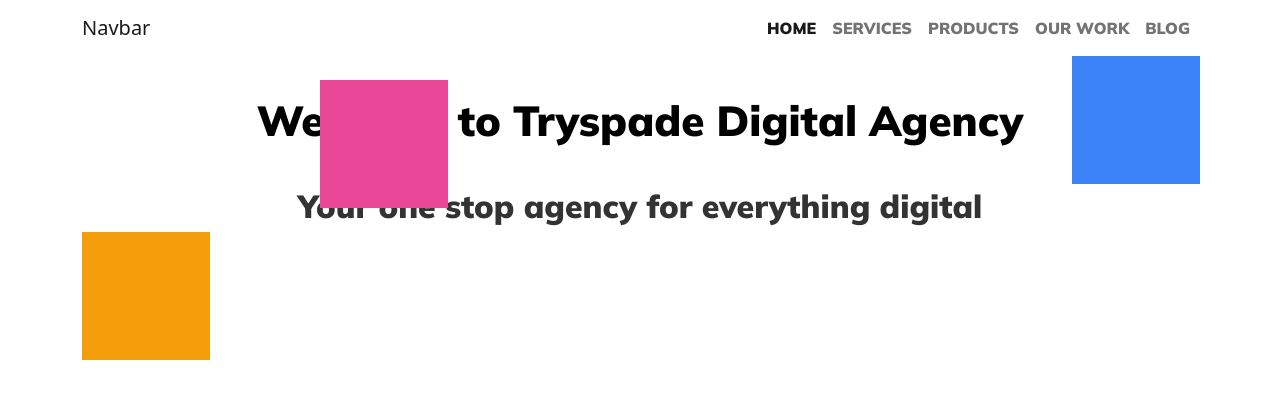
Repository: latenightsnacc/super-octo-fortnight
Page: index.html
The author's editor kept a copy of each file at every save. The page is drawn from the files as they stood at one save, then again after the next save.
The browser window is 1280 px wide. The pictures show the whole page.
Some web libraries are served in a nearby version. The style sheet was rebuilt from its Sass, Less or Tailwind sources for each picture, by a compiler version that may differ from the author's.

Above is the page before, as saved 2021-01-29 12:19:14.

### index.html
<!DOCTYPE html>
<html lang="en">
<head>
    <meta charset="UTF-8">
    <meta name="viewport" content="width=device-width, initial-scale=1.0">
    <!--Tailwind 2.0.2-->
    <link href="https://cdnjs.cloudflare.com/ajax/libs/tailwindcss/2.0.2/tailwind.min.css" rel="stylesheet">
    <!--Font Awesome 5.15.1-->
    <link rel="stylesheet" href="https://cdnjs.cloudflare.com/ajax/libs/font-awesome/5.15.1/css/all.min.css" integrity="sha512-+4zCK9k+qNFUR5X+cKL9EIR+ZOhtIloNl9GIKS57V1MyNsYpYcUrUeQc9vNfzsWfV28IaLL3i96P9sdNyeRssA==" crossorigin="anonymous" />
    <!-- Bootstrap 5.0.0 Beta-->
    <link href="https://cdn.jsdelivr.net/npm/bootstrap@5.0.0-beta1/dist/css/bootstrap.min.css" rel="stylesheet" integrity="sha384-giJF6kkoqNQ00vy+HMDP7azOuL0xtbfIcaT9wjKHr8RbDVddVHyTfAAsrekwKmP1" crossorigin="anonymous" />
    <!-- UIkit CSS -->
    <link rel="stylesheet" href="https://cdn.jsdelivr.net/npm/uikit@3.6.9/dist/css/uikit.min.css" />
    <link rel="apple-touch-icon" sizes="180x180" href="/apple-touch-icon.png">
    <link rel="icon" type="image/png" sizes="32x32" href="/favicon-32x32.png">
    <link rel="icon" type="image/png" sizes="16x16" href="/favicon-16x16.png">
    <link rel="manifest" href="/site.webmanifest">
    <!--Custom Stylesheet-->
    <link rel="stylesheet" href="stylesheet/stylesheet.css">
    <title>TrySpade - Digital Agency</title>
</head>
<body class="overflow-x-hidden min-h-screen" >
    <main class="w-full mx-auto">
        <header>
            <nav class="navbar navbar-expand-lg navbar-light bg-white">
                <div class="container">
                  <a class="navbar-brand" href="#">Navbar</a>
                  <button class="navbar-toggler" type="button" data-bs-toggle="collapse" data-bs-target="#navbarSupportedContent" aria-controls="navbarSupportedContent" aria-expanded="false" aria-label="Toggle navigation">
                    <span class="navbar-toggler-icon"></span>
                  </button>
                  <div class="collapse navbar-collapse" id="navbarSupportedContent">
                    <ul class="navbar-nav ml-auto mb-2 mb-lg-0">
                        <li class="nav-item">
                            <a class="nav-link active text-base uppercase" aria-current="page" href="#">Home</a>
                        </li>
                        <li class="nav-item">
                            <a class="nav-link text-base uppercase" href="#">services</a>
                        </li>
                        <li class="nav-item">
                            <a class="nav-link text-base uppercase" href="#">products</a>
                        </li>
                        <li class="nav-item">
                            <a class="nav-link text-base uppercase" href="#">our work</a>
                        </li>
                        <li class="nav-item">
                            <a class="nav-link text-base uppercase" href="#">blog</a>
                        </li>

                    </ul>
                  </div>
                </div>
            </nav>
        </header>
        <section id="banner" class="bg-white w-full">
            <div class="container">
                <div class="relative flex flex-col items-center h-auto"></div>

                    <!--BOXES-->
                    <div class="absolute bottom-50 left-50 ...">
                        <div class="border-2 border-yellow-500 bg-yellow-500 w-32 h-32"></div>
                    </div>
                    <div class="absolute bottom-70 right-20 ...">
                        <div class="border-2 border-blue-500 bg-blue-500 w-32 h-32"></div>
                    </div>
                    <div class="absolute top-20 left-80 ...">
                        <div class="border-2 border-pink-500 bg-pink-500 w-32 h-32"></div>
                    </div>
                    <h1 class="text-black text-center">Welcome to Tryspade Digital Agency</h1>
                    <h2 class="text-center">Your one stop agency for everything digital</h2>
            </div>
        </section>
        <!-- <svg xmlns="http://www.w3.org/2000/svg" viewBox="0 0 1440 320"><path fill="#0099ff" fill-opacity="1" d="M0,320L48,282.7C96,245,192,171,288,122.7C384,75,480,53,576,69.3C672,85,768,139,864,170.7C960,203,1056,213,1152,208C1248,203,1344,181,1392,170.7L1440,160L1440,0L1392,0C1344,0,1248,0,1152,0C1056,0,960,0,864,0C768,0,672,0,576,0C480,0,384,0,288,0C192,0,96,0,48,0L0,0Z"></path></svg> -->
        <!-- <svg xmlns="http://www.w3.org/2000/svg" viewBox="0 0 1440 320"><path fill="#0099ff" fill-opacity="1" d="M0,64L48,96C96,128,192,192,288,213.3C384,235,480,213,576,170.7C672,128,768,64,864,42.7C960,21,1056,43,1152,64C1248,85,1344,107,1392,117.3L1440,128L1440,0L1392,0C1344,0,1248,0,1152,0C1056,0,960,0,864,0C768,0,672,0,576,0C480,0,384,0,288,0C192,0,96,0,48,0L0,0Z"></path></svg> -->
    </main>
    <!-- UIkit JS -->
    <script src="https://cdn.jsdelivr.net/npm/uikit@3.6.9/dist/js/uikit.min.js"></script>
    <script src="https://cdn.jsdelivr.net/npm/uikit@3.6.9/dist/js/uikit-icons.min.js"></script>
    <script src="https://cdn.jsdelivr.net/npm/bootstrap@5.0.0-beta1/dist/js/bootstrap.bundle.min.js" integrity="sha384-ygbV9kiqUc6oa4msXn9868pTtWMgiQaeYH7/t7LECLbyPA2x65Kgf80OJFdroafW" crossorigin="anonymous"></script>
    <!-- Start of HubSpot Embed Code -->
  <script type="text/javascript" id="hs-script-loader" async defer src="//js.hs-scripts.com/9284931.js"></script>
  <!-- End of HubSpot Embed Code -->
</body>
</html>

### Stylesheet/stylesheet.scss
@import 'variables';

h1, h2, h3, h4, h5, h6, .nav-link {
    font-family: $fontBold;
}

### Stylesheet/_variables.scss
@import url('https://fonts.googleapis.com/css2?family=Mulish:wght@900&family=Open+Sans&display=swap');

$fontBold: 'Mulish', sans-serif;
$fontRegular:'Open Sans', sans-serif;

After the next save:
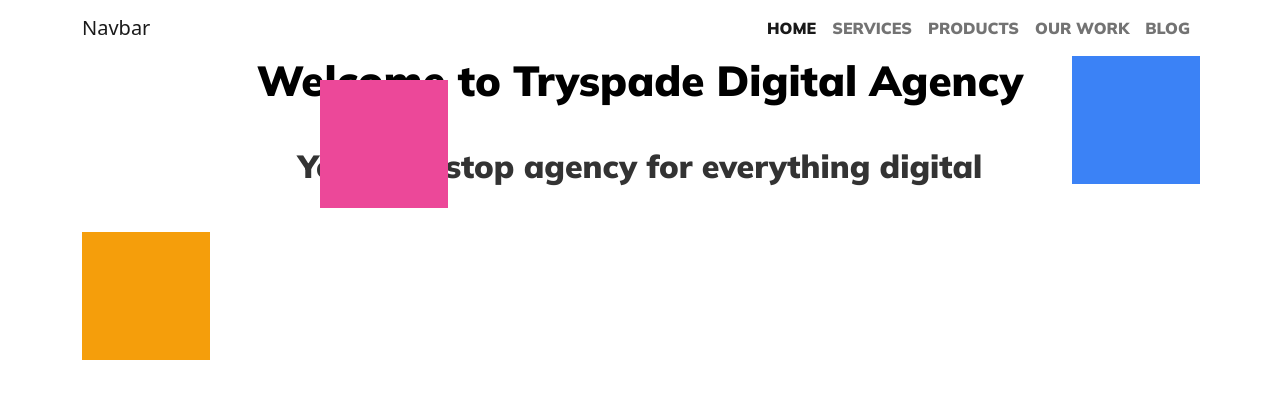
Saved 83 s later.
--- a/index.html
+++ b/index.html
@@ -65,9 +65,12 @@
                     <div class="absolute top-20 left-80 ...">
                         <div class="border-2 border-pink-500 bg-pink-500 w-32 h-32"></div>
                     </div>
-                    <h1 class="text-black text-center">Welcome to Tryspade Digital Agency</h1>
-                    <h2 class="text-center">Your one stop agency for everything digital</h2>
-            </div>
+                    <div class="z-10">
+                        <h1 class="text-black text-center">Welcome to Tryspade Digital Agency</h1>
+                        <h2 class="text-center">Your one stop agency for everything digital</h2>
+                    </div>
+                    </div>
+
         </section>
         <!-- <svg xmlns="http://www.w3.org/2000/svg" viewBox="0 0 1440 320"><path fill="#0099ff" fill-opacity="1" d="M0,320L48,282.7C96,245,192,171,288,122.7C384,75,480,53,576,69.3C672,85,768,139,864,170.7C960,203,1056,213,1152,208C1248,203,1344,181,1392,170.7L1440,160L1440,0L1392,0C1344,0,1248,0,1152,0C1056,0,960,0,864,0C768,0,672,0,576,0C480,0,384,0,288,0C192,0,96,0,48,0L0,0Z"></path></svg> -->
         <!-- <svg xmlns="http://www.w3.org/2000/svg" viewBox="0 0 1440 320"><path fill="#0099ff" fill-opacity="1" d="M0,64L48,96C96,128,192,192,288,213.3C384,235,480,213,576,170.7C672,128,768,64,864,42.7C960,21,1056,43,1152,64C1248,85,1344,107,1392,117.3L1440,128L1440,0L1392,0C1344,0,1248,0,1152,0C1056,0,960,0,864,0C768,0,672,0,576,0C480,0,384,0,288,0C192,0,96,0,48,0L0,0Z"></path></svg> -->
